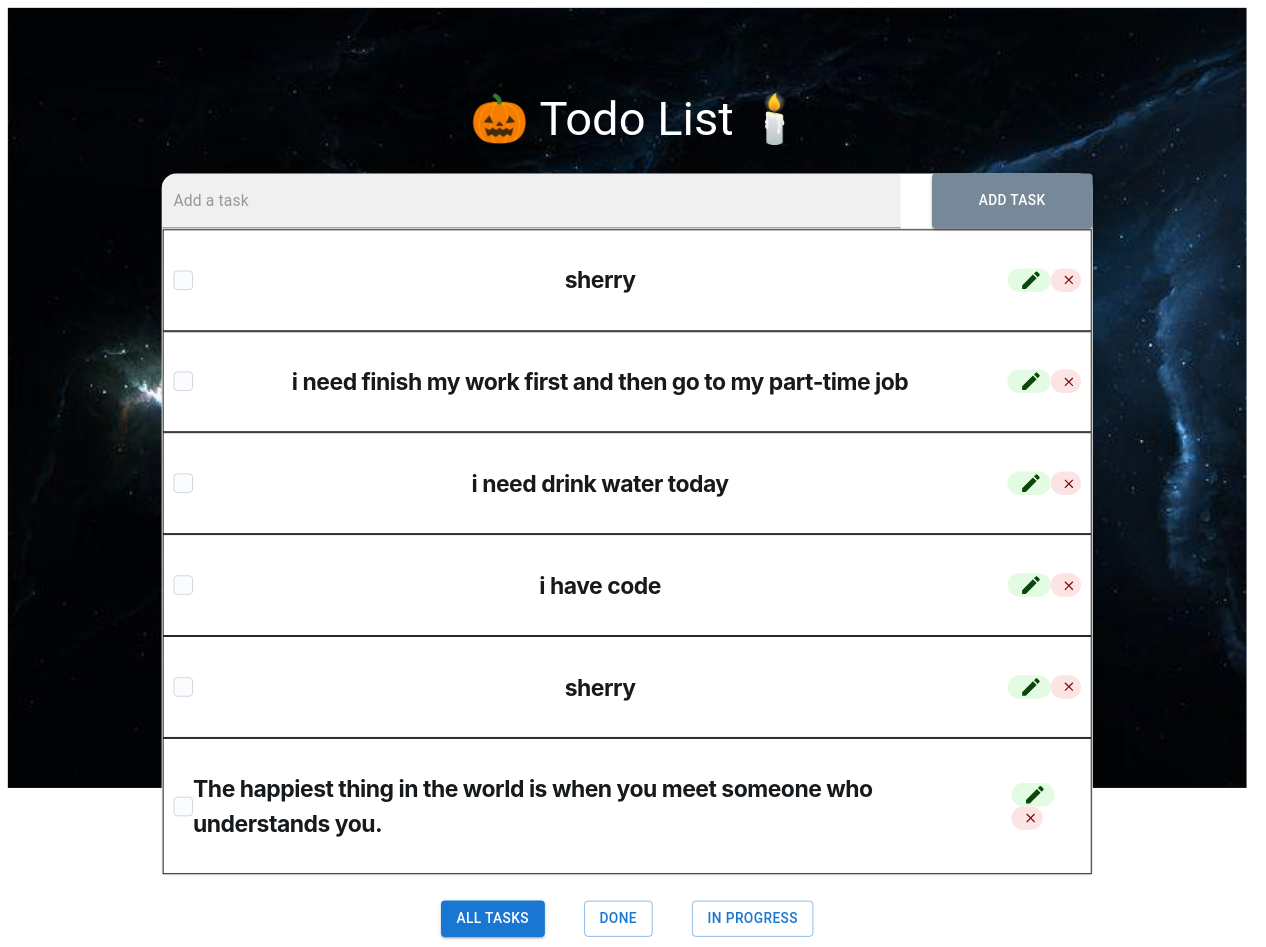
Repository: Tracy-maker/TodoList
Page: /
An editor plug-in stored every save of this project. The page is shown before and after the next save, followed by the edit.
The browser window is 1280 px wide. The page is 1292 px wide, so the pictures cover 1292 px, including what lies to the right of the window. The pictures show the whole page, at 98% of full size.
The project was rebuilt for these pictures with package versions that can differ from the ones it lists, and the page was loaded fresh each time. Requests to the local data server were answered from the project's data file. Also part of the build but not shown: src/components/TaskEdit.js.

Above is the page before, as saved 2023-09-20 11:56:23.

After the next save:
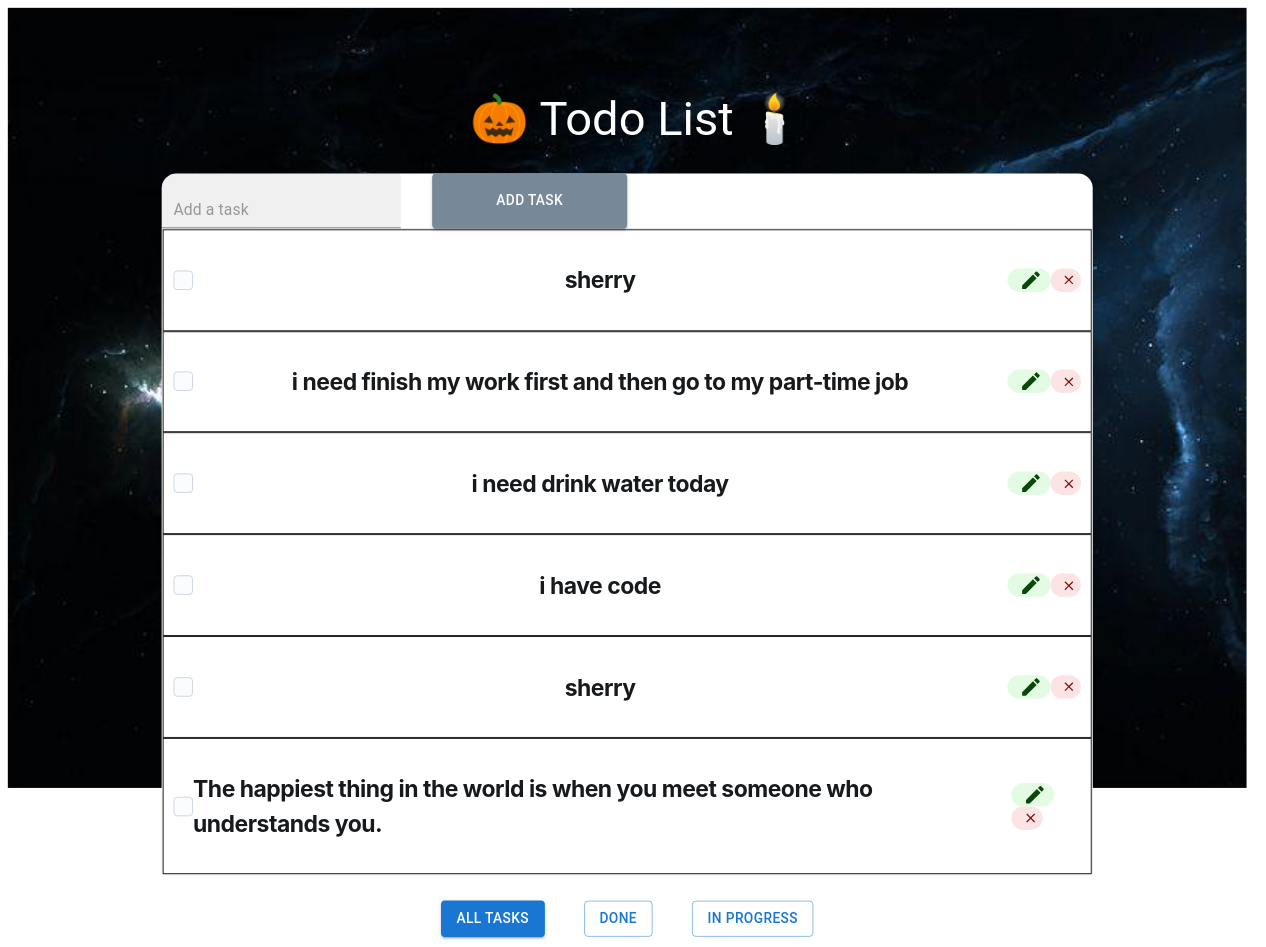
Saved 54 s later.
--- a/src/components/CreateTask.js
+++ b/src/components/CreateTask.js
@@ -25,8 +25,7 @@ function CreateTask(props) {
       <TextField
         value={title}
         onChange={handleChange}
-        fullWidth
-        hiddenLabel
+
         placeholder="Add a task"
         variant="filled"
       />
